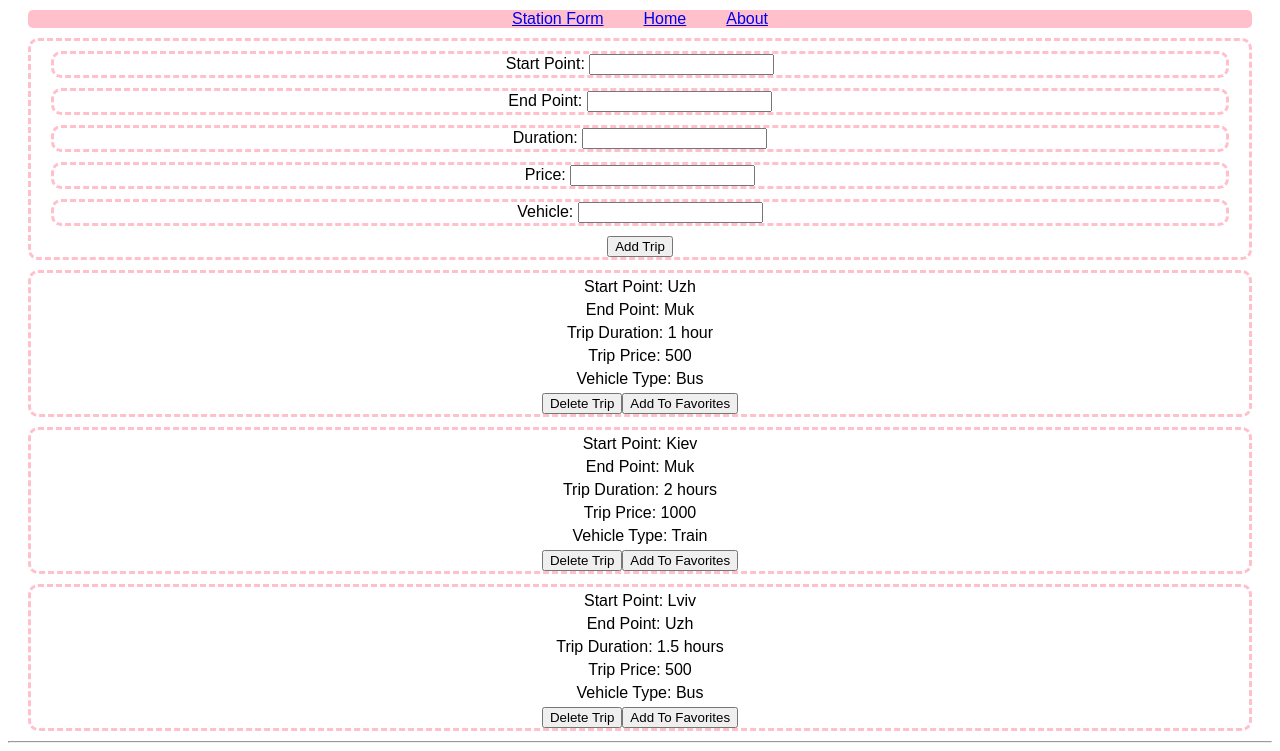
Repository: rutsguifd/mkr2
Page: /#/station-form
An editor plug-in stored every save of this project. The page is shown before and after the next save, followed by the edit.
The browser window is 1280 px wide. The pictures show the whole page.
The project was rebuilt for these pictures with package versions that can differ from the ones it lists, and the page was loaded fresh each time. Also part of the build but not shown: src/views/Home.vue, src/views/About.vue, src/components/FavoriteTrips.vue.

Above is the page before, as saved 2021-12-21 23:42:49.

After the next save:
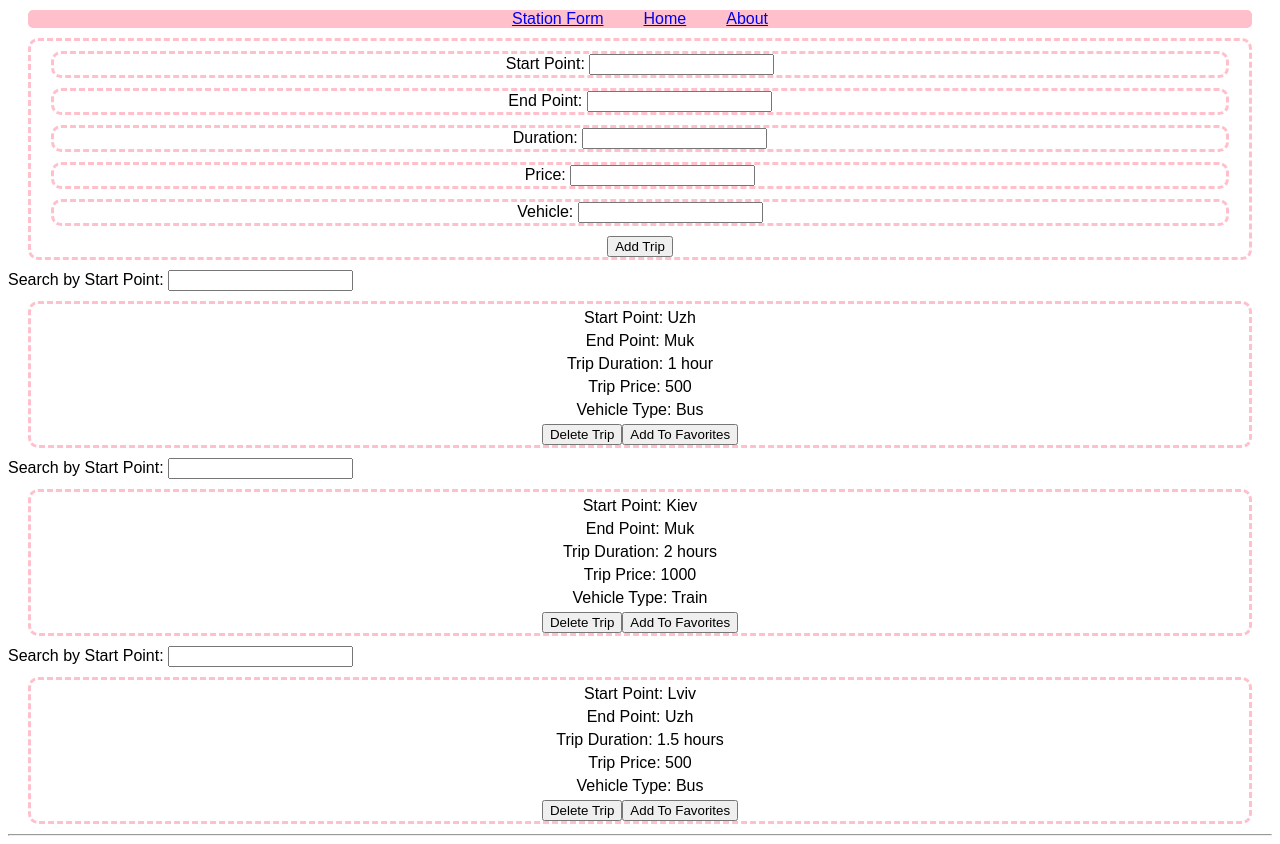
Saved 71 s later.
--- a/src/components/TripCard.vue
+++ b/src/components/TripCard.vue
@@ -1,5 +1,11 @@
 <template>
   <div>
+    <div>
+      <label>
+        Search by Start Point:
+        <input type="text" v-model="search" />
+      </label>
+    </div>
     <div class="card">
       <div>Start Point: {{ trip.tripStart }}</div>
       <div>End Point: {{ trip.tripEnd }}</div>
@@ -17,24 +23,32 @@ import { mapMutations, mapGetters, mapActions } from "vuex";
 export default {
   name: "TripCard",
   props: ["trip"],
+  data() {
+    return {
+      search: "",
+    };
+  },
   methods: {
     ...mapMutations(["deleteTrip"]),
     ...mapActions(["addToFavorites"]),
+    ...mapActions(["updateTripInfo"]),
     del(ind) {
       this.deleteTrip(ind);
     },
     favorite() {
-        this.addToFavorites({
+      this.addToFavorites({
         id: Date.now(),
         start: this.trip.tripStart,
         end: this.trip.tripEnd,
         dur: this.trip.tripDuration,
         price: this.trip.tripPrice,
         veh: this.trip.vehicle,
-        })
-    }
+      });
+    },
   },
-  computed: mapGetters(["AllTrips"]),
+  computed: {
+    ...mapGetters(["AllTrips"]),
+  },
 };
 </script>
 
